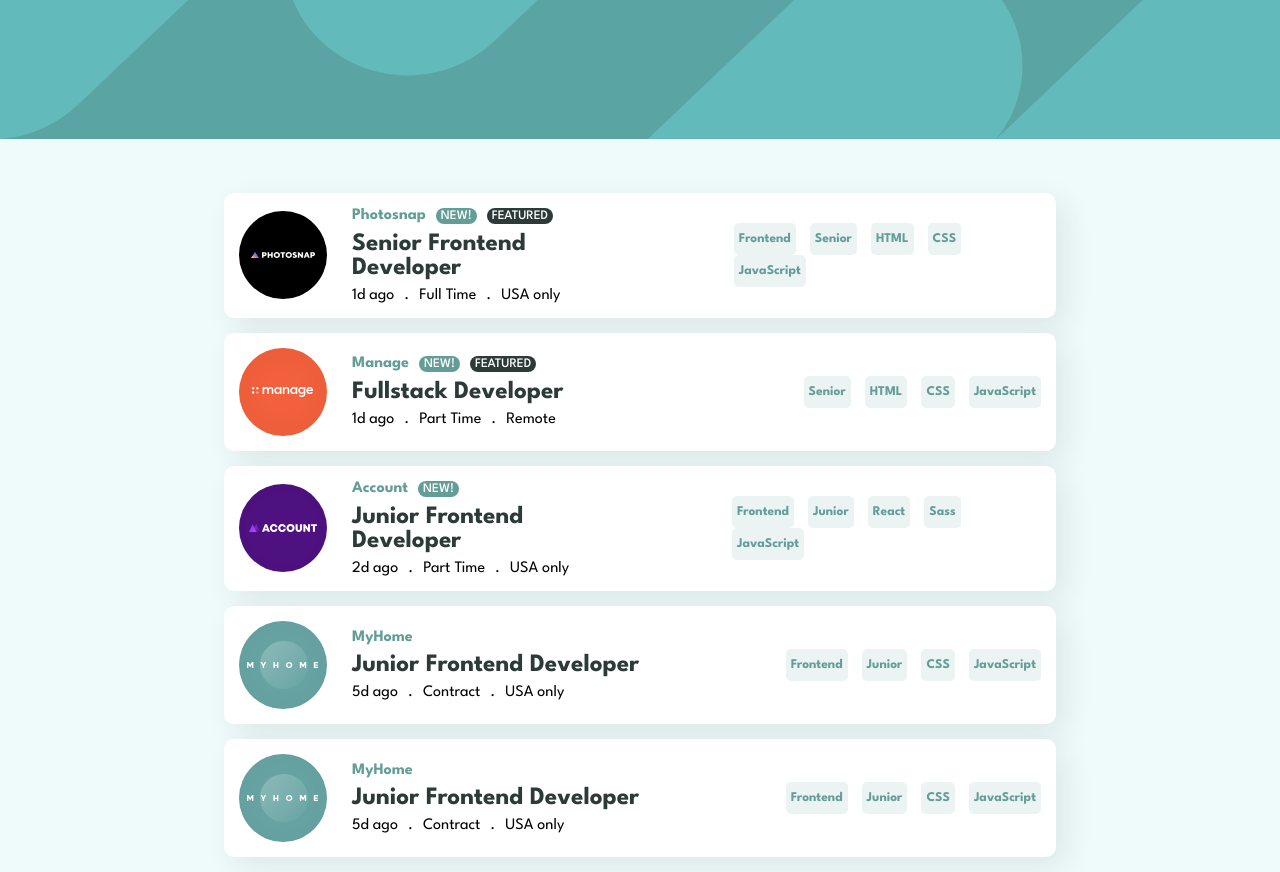
Repository: Eldream12/JobListing
Page: index.html
These files come from the project's save history. The page is drawn as it stood at one moment and after the next save; the edit follows.
The browser window is 1280 px wide. The pictures show the whole page.

Above is the page before, as saved 2025-03-31 22:06:12.

### index.html
<!DOCTYPE html>
<html lang="en">
	<head>
		<meta charset="UTF-8" />
		<meta name="viewport" content="width=device-width, initial-scale=1.0" />
		<title>Job Listing</title>
		<link rel="stylesheet" href="style/style.css" />
	</head>

	<body>
		<header>
			<div>
				<img src="Images/bg-header-desktop.svg" alt="NavHeader" />
			</div>
		</header>

		<main>
			<div class="content-carrier">
				<div class="content">
					<div class="ctn">
						<img src="Images/photosnap.svg" alt="photosnap" />
						<div class="content-text">
							<div class="txt-1">
								<h4>Photosnap</h4>
								<div class="btn-1">
									<button>NEW!</button>
								</div>
								<div class="btn-2">
									<button>FEATURED</button>
								</div>
							</div>
							<div class="txt-2">
								<h2>Senior Frontend Developer</h2>
							</div>
							<div class="txt-3">
								<p>1d ago</p>
								<p>.</p>
								<p>Full Time</p>
								<p>.</p>
								<p>USA only</p>
							</div>
						</div>
					</div>

					<div class="btn">
						<button>Frontend</button>
						<button>Senior</button>
						<button>HTML</button>
						<button>CSS</button>
						<button>JavaScript</button>
					</div>
				</div>

				<div class="content">
					<div class="ctn">
						<img src="Images/manage.svg" alt="photosnap" />
						<div class="content-text">
							<div class="txt-1">
								<h4>Manage</h4>
								<div class="btn-1">
									<button>NEW!</button>
								</div>
								<div class="btn-2">
									<button>FEATURED</button>
								</div>
							</div>
							<div class="txt-2">
								<h2>Fullstack Developer</h2>
							</div>
							<div class="txt-3">
								<p>1d ago</p>
								<p>.</p>
								<p>Part Time</p>
								<p>.</p>
								<p>Remote</p>
							</div>
						</div>
					</div>

					<div class="btn">
						<!-- <button>Frontend</button> -->
						<button>Senior</button>
						<button>HTML</button>
						<button>CSS</button>
						<button>JavaScript</button>
					</div>
				</div>

				<div class="content">
					<div class="ctn">
						<img src="Images/account.svg" alt="photosnap" />
						<div class="content-text">
							<div class="txt-1">
								<h4>Account</h4>
								<div class="btn-1">
									<button>NEW!</button>
								</div>
								<div class="btn-2">
									<!-- <button>FEATURED</button> -->
								</div>
							</div>
							<div class="txt-2">
								<h2>Junior Frontend Developer</h2>
							</div>
							<div class="txt-3">
								<p>2d ago</p>
								<p>.</p>
								<p>Part Time</p>
								<p>.</p>
								<p>USA only</p>
							</div>
						</div>
					</div>

					<div class="btn">
						<button>Frontend</button>
						<button>Junior</button>
						<button>React</button>
						<button>Sass</button>
						<button>JavaScript</button>
					</div>
				</div>

				<div class="content">
					<div class="ctn">
						<img src="Images/myhome.svg" alt="photosnap" />
						<div class="content-text">
							<div class="txt-1">
								<h4>MyHome</h4>
								<div class="btn-1">
									<!-- <button>NEW!</button> -->
								</div>
								<div class="btn-2">
									<!-- <button>FEATURED</button> -->
								</div>
							</div>
							<div class="txt-2">
								<h2>Junior Frontend Developer</h2>
							</div>
							<div class="txt-3">
								<p>5d ago</p>
								<p>.</p>
								<p>Contract</p>
								<p>.</p>
								<p>USA only</p>
							</div>
						</div>
					</div>

					<div class="btn">
						<button>Frontend</button>
						<button>Junior</button>
						<!-- <button>React</button> -->
						<button>CSS</button>
						<button>JavaScript</button>
					</div>
				</div>

				<div class="content">
					<div class="ctn">
						<img src="Images/myhome.svg" alt="photosnap" />
						<div class="content-text">
							<div class="txt-1">
								<h4>MyHome</h4>
								<div class="btn-1">
									<!-- <button>NEW!</button> -->
								</div>
								<div class="btn-2">
									<!-- <button>FEATURED</button> -->
								</div>
							</div>
							<div class="txt-2">
								<h2>Junior Frontend Developer</h2>
							</div>
							<div class="txt-3">
								<p>5d ago</p>
								<p>.</p>
								<p>Contract</p>
								<p>.</p>
								<p>USA only</p>
							</div>
						</div>
					</div>

					<div class="btn">
						<button>Frontend</button>
						<button>Junior</button>
						<!-- <button>React</button> -->
						<button>CSS</button>
						<button>JavaScript</button>
					</div>
				</div>
			</div>
		</main>
		<footer></footer>
	</body>
</html>

### style/style.css
@import url("https://fonts.googleapis.com/css2?family=League+Spartan:wght@100..900&display=swap");

* {
	font-family: League Spartan;
	margin: 0;
	padding: 0;
	box-sizing: border-box;
}

html body {
	background-color: hsl(180, 52%, 96%);
}

header img {
	width: 100%;
	background-color: hsl(180, 29%, 50%);
	margin-bottom: 50px;
}

.content-carrier .content {
	display: flex;
	background-color: #ffffff;
	align-items: center;
	justify-content: space-between;
	max-width: 65%;
	margin: auto;
	padding: 15px 15px 15px 15px;
	gap: 90px;
	border-radius: 10px;
	box-shadow: #2c3b3817 10px 10px 30px;
	margin-bottom: 15px;
}

.content-carrier .content .txt-1 {
	display: flex;
}

.content-carrier .content .txt-3 {
	display: flex;
}

.content-carrier .content .ctn {
	display: flex;
	align-items: center;
}

.content .ctn img {
	margin-right: 25px;
}

.content .btn button {
	background-color: #ebf4f3;
	border: none;
	padding: 10px 5px 10px 5px;
	border-radius: 5px;
	color: #649d97;
	font-weight: 700;
	margin-left: 10px;
}

.content .txt-1 h4 {
	color: #649d97;
}

.content .txt-1 .btn-1 button {
	background-color: #649d97;
}

.content .txt-1 .btn-2 button {
	background-color: #2c3b38;
}

.content .txt-1 button {
	font-size: 13px;
	font-weight: 500;
	color: #ffffff;
	border: none;
	padding: 2px 5px 2px 5px;
	border-radius: 10px;
	margin-left: 10px;
}

.content .txt-2 h2 {
	margin: 8px 0 8px 0;
	font-size: 25px;
	color: #2c3b38;
}

.content .txt-3 p {
	margin-right: 10px;
}

After the next save:
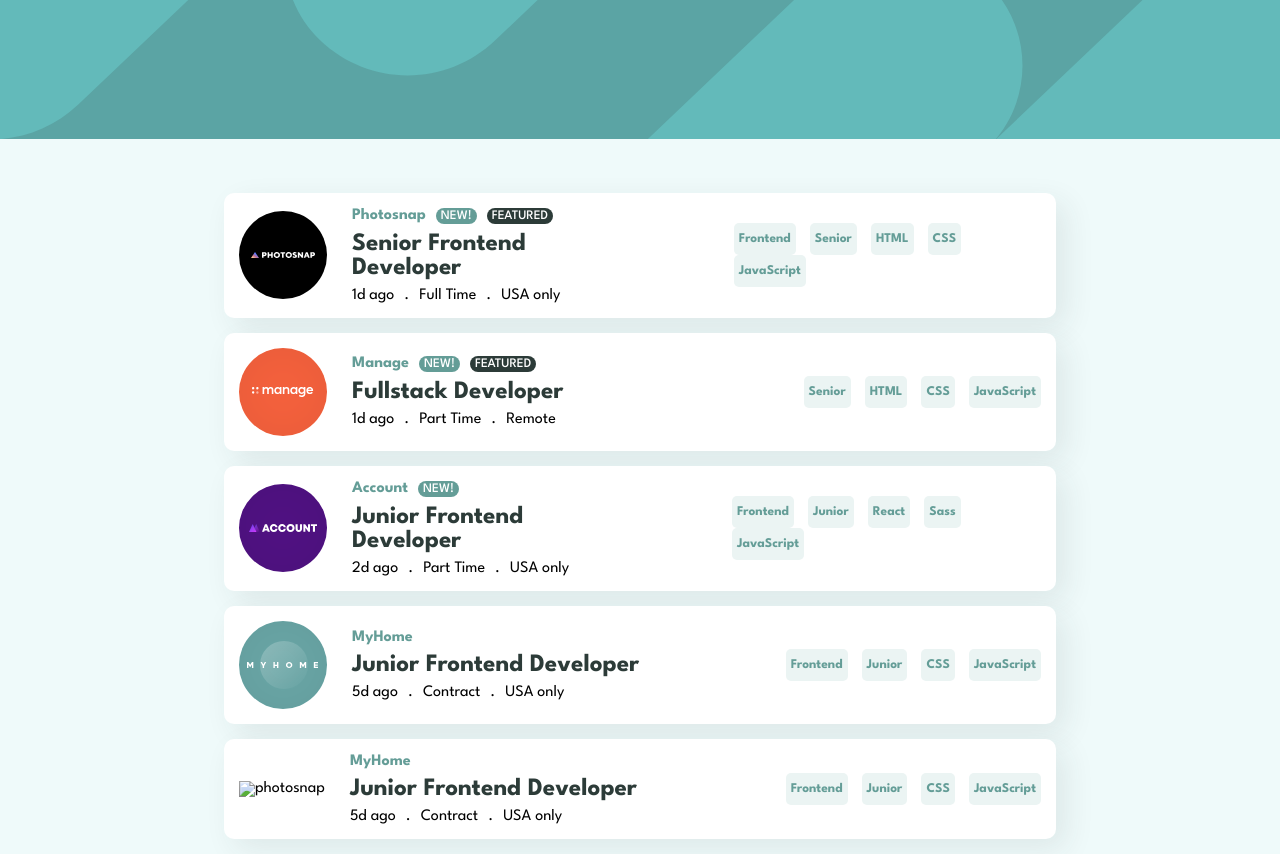
Not found: Images/LOO.svg
Saved 7 s later.
--- a/index.html
+++ b/index.html
@@ -158,7 +158,7 @@
 
 				<div class="content">
 					<div class="ctn">
-						<img src="Images/myhome.svg" alt="photosnap" />
+						<img src="Images/LOO.svg" alt="photosnap" />
 						<div class="content-text">
 							<div class="txt-1">
 								<h4>MyHome</h4>

After the 2 saves that followed:
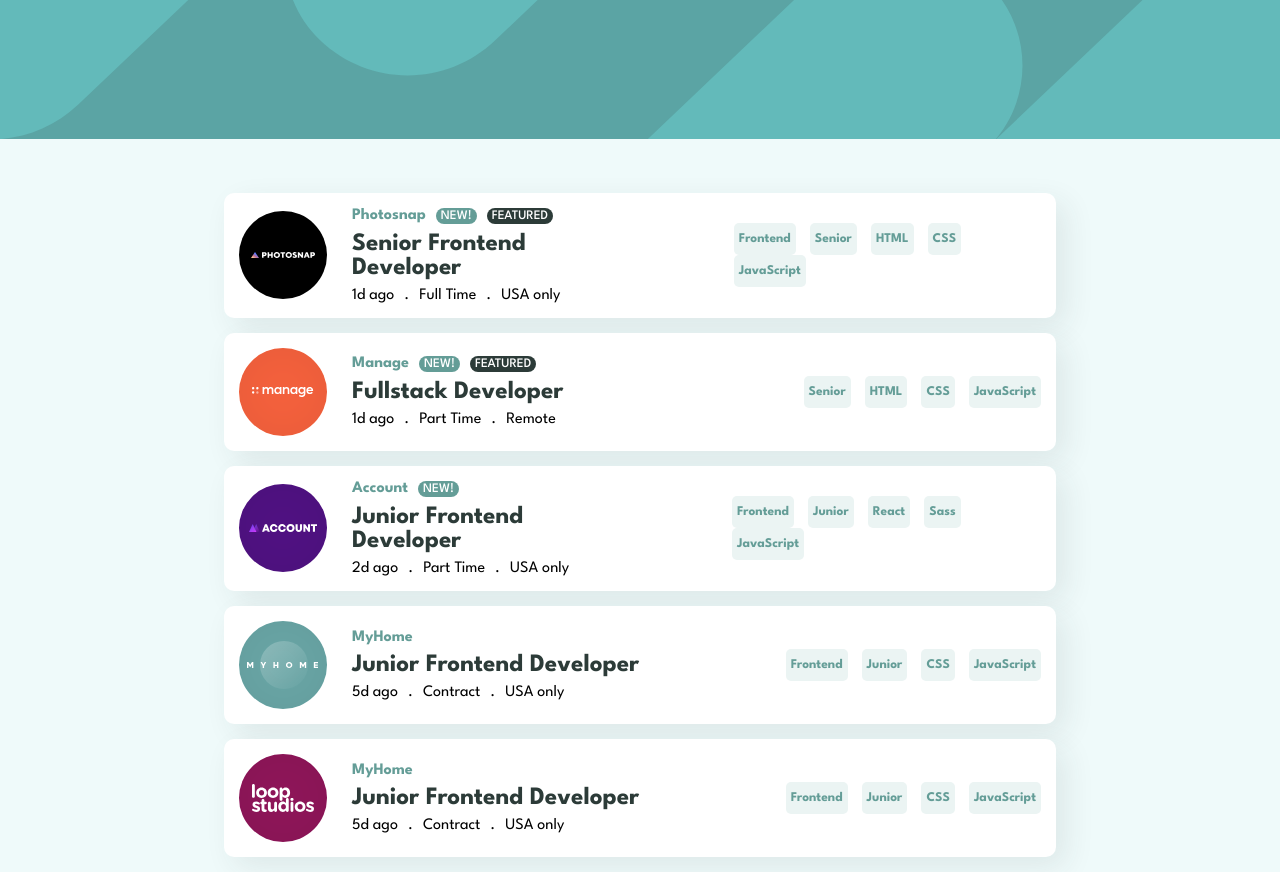
The 2 saves are shown as one change because 1 left the picture as it was.
The last was saved 14 s later.
--- a/index.html
+++ b/index.html
@@ -158,7 +158,7 @@
 
 				<div class="content">
 					<div class="ctn">
-						<img src="Images/LOO.svg" alt="photosnap" />
+						<img src="Images/loop-studios.svg" alt="photosnap" />
 						<div class="content-text">
 							<div class="txt-1">
 								<h4>MyHome</h4>
